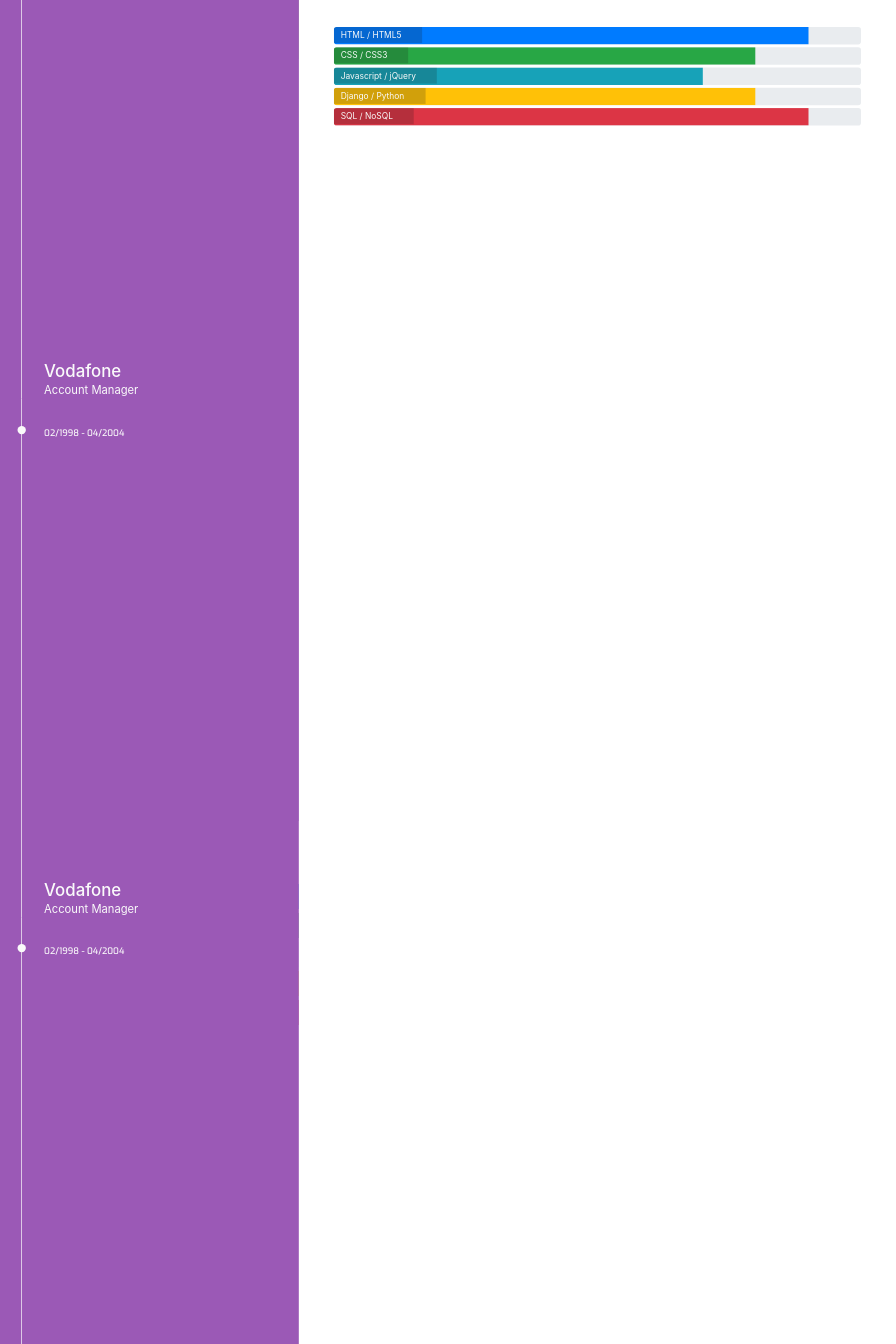
Repository: AidanJReid/Resume
Page: resume.html
The author's editor kept a record of every edit. The page is drawn from the files as they stood at one moment, then again after the next edit.
The browser window is 1280 px wide. The pictures show the part of the page from y = 648 to 2568 px (the page is 5088 px tall), at 70% of full size.

Above is the page before.

After the next edit:
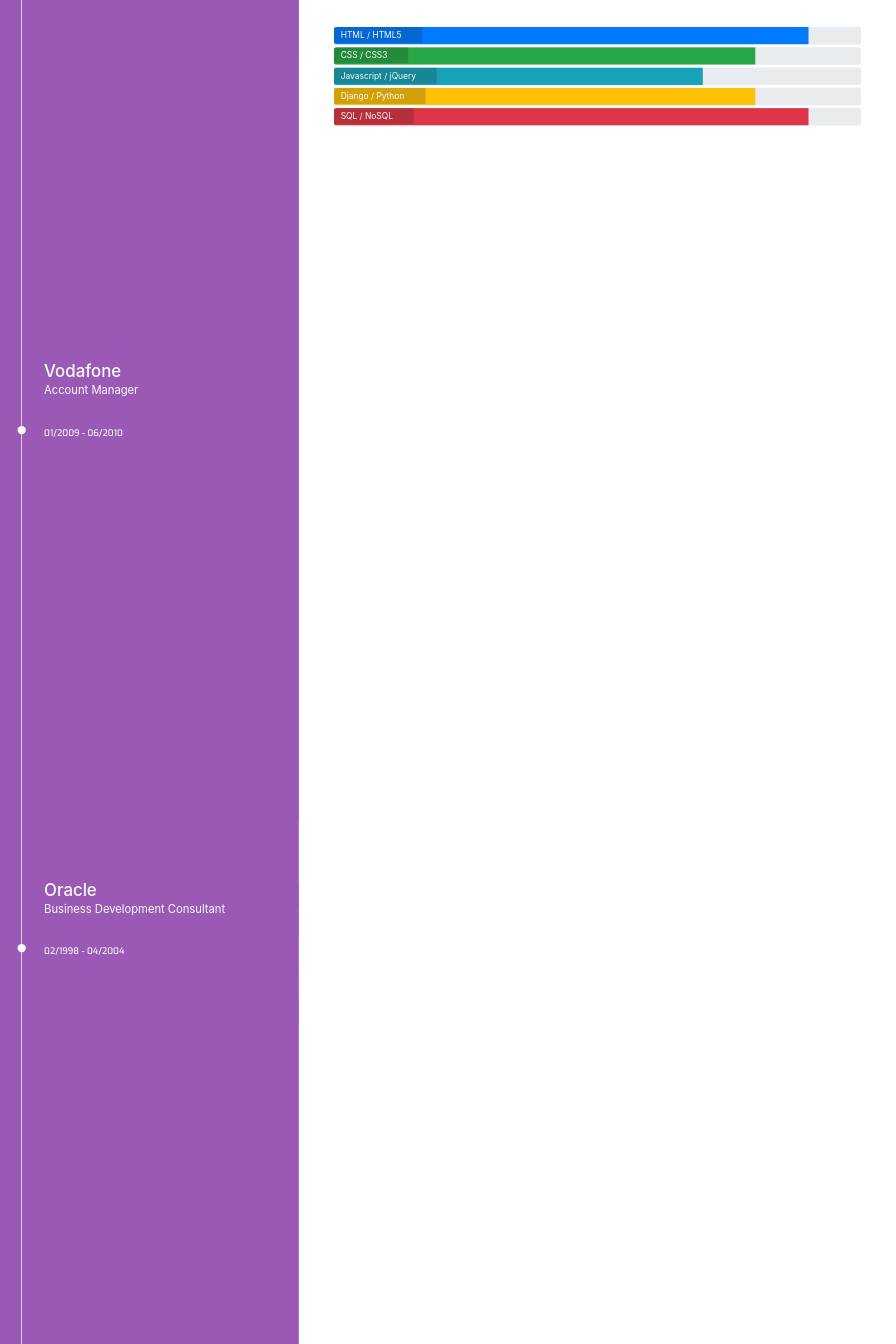
The edit:
--- a/resume.html
+++ b/resume.html
@@ -70,9 +70,9 @@
                     <h4>Vodafone</h4>
                     <p>Account Manager</p>
                 </div>
-                <div class="timeline-item" data-dates="02/1998 - 04/2004">
-                    <h4>Vodafone</h4>
-                    <p>Account Manager</p>
+                <div class="timeline-item" data-dates="01/2009 - 06/2010">
+                    <h4>Oracle</h4>
+                    <p>Business Development Consultant</p>
                 </div>
                 <div class="timeline-item" data-dates="02/1998 - 04/2004">
                     <h4>Vodafone</h4>
